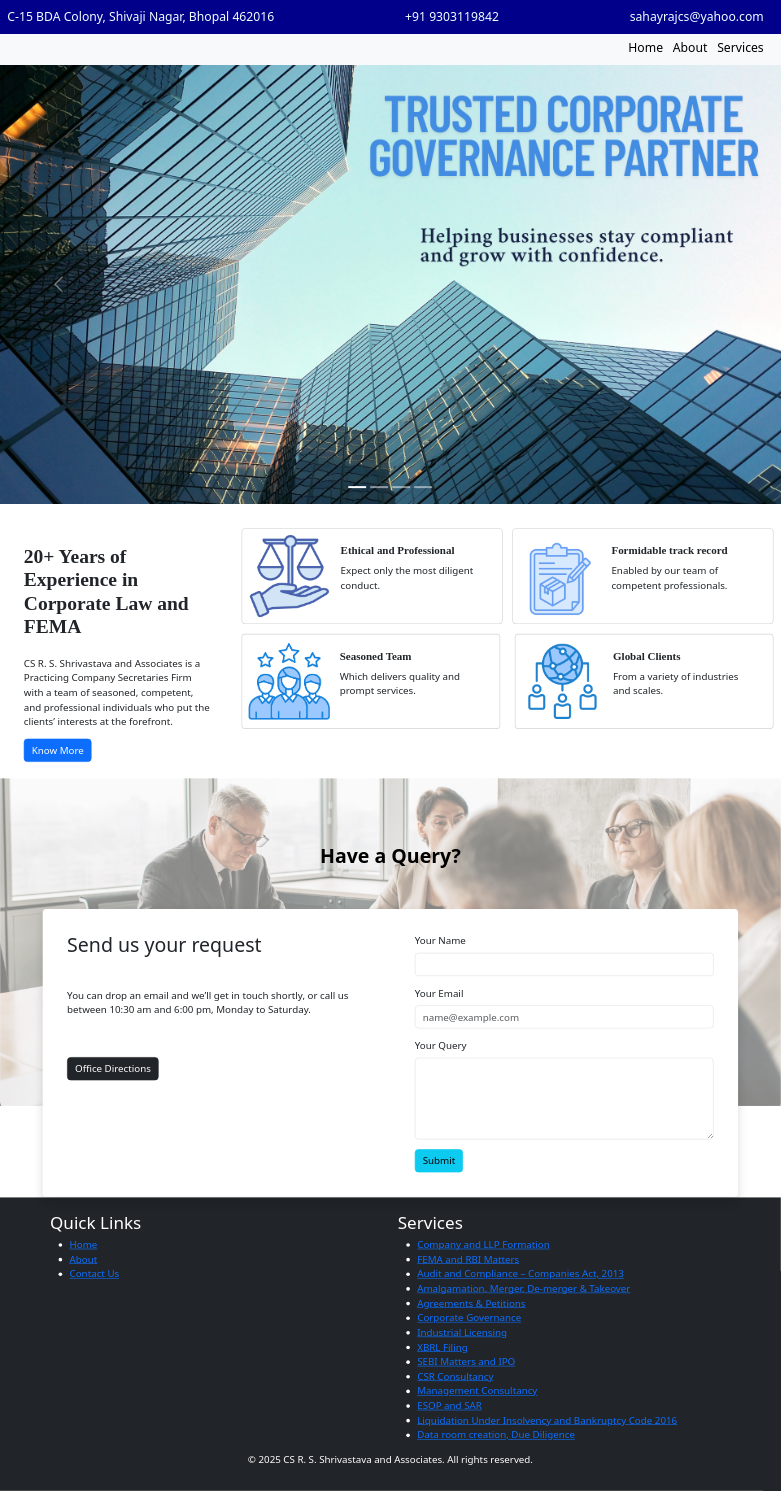
Repository: aayushiss/CS-RSS
Page: index.html
These files come from the project's save history. The page is drawn as it stood at one moment and after the next save; the edit follows.
The browser window is 1280 px wide. The pictures show the whole page, at 61% of full size.

Above is the page before, as saved 2025-05-15 20:24:29.

### index.html
<!DOCTYPE html>
<html lang="en">

<head>
  <meta charset="UTF-8">
  <meta name="viewport" content="width=device-width, initial-scale=1.0">
  <title>R. S. Shrivastava</title>
  <link href="https://cdn.jsdelivr.net/npm/bootstrap@5.3.3/dist/css/bootstrap.min.css" rel="stylesheet"
    integrity="sha384-QWTKZyjpPEjISv5WaRU9OFeRpok6YctnYmDr5pNlyT2bRjXh0JMhjY6hW+ALEwIH" crossorigin="anonymous">
  <link rel="stylesheet" type="text/css" href="style.css">
</head>

<body>
  <nav class="navbar fixed-top custom-navbar">
    <div class="container-fluid d-flex justify-content-between">
      <a class="navbar-brand"
        href="https://www.google.com/maps/place/R+S+SHRIVASTAVA+%26+ASSOCIATES/@23.2288499,77.4244091,17z/data=!3m1!4b1!4m6!3m5!1s0x397c425fada83073:0xcb1e8ba90a487f4e!8m2!3d23.228845!4d77.426984!16s%2Fg%2F1td0r8v9?entry=ttu&g_ep=EgoyMDI1MDUxMi4wIKXMDSoASAFQAw%3D%3D"
        target="_blank">C-15 BDA Colony, Shivaji Nagar, Bhopal 462016</a>
      <a class="navbar-brand" href="" tel:+919303119842"">+91 9303119842</a>
      <a class="navbar-brand" href="mailto:sahayrajcs@yahoo.com">sahayrajcs@yahoo.com</a>
    </div>
  </nav>
  <div class="navbar-space"></div>

  <nav class="navbar sticky-top second-navbar bg-light">
    <div class="container-fluid d-flex justify-content-end">
      <a class="navbar-brand" href="index.html">Home</a>
      <a class="navbar-brand" href="about.html">About</a>
      <a class="navbar-brand" href="#">Services</a>
    </div>
  </nav>

  <div id="carouselExampleCaptions" class="carousel slide">
    <div class="carousel-indicators">
      <button type="button" data-bs-target="#carouselExampleCaptions" data-bs-slide-to="0" class="active"
        aria-current="true" aria-label="Slide 1"></button>
      <button type="button" data-bs-target="#carouselExampleCaptions" data-bs-slide-to="1"
        aria-label="Slide 2"></button>
      <button type="button" data-bs-target="#carouselExampleCaptions" data-bs-slide-to="2"
        aria-label="Slide 3"></button>
      <button type="button" data-bs-target="#carouselExampleCaptions" data-bs-slide-to="3"
        aria-label="Slide 4"></button>
    </div>
    <div class="carousel-inner">
      <div class="carousel-item active">
        <img src="images/Trusted corporate governance partner.png" class="d-block w-100" alt="...">
        <div class="carousel-caption d-none d-md-block">
          <!-- <h5>First slide label</h5>
              <p>Some representative placeholder content for the first slide.</p> -->
        </div>
      </div>
      <div class="carousel-item">
        <img src="images/LegalConsultancy.png" class="d-block w-100" alt="...">
      </div>
      <div class="carousel-item">
        <img src="images/companyIncorporation.png" class="d-block w-100" alt="...">
      </div>
      <div class="carousel-item">
        <img src="images/annualFilingReturn.png" class="d-block w-100" alt="...">
      </div>
    </div>
    <button class="carousel-control-prev" type="button" data-bs-target="#carouselExampleCaptions" data-bs-slide="prev">
      <span class="carousel-control-prev-icon" aria-hidden="true"></span>
      <span class="visually-hidden">Previous</span>
    </button>
    <button class="carousel-control-next" type="button" data-bs-target="#carouselExampleCaptions" data-bs-slide="next">
      <span class="carousel-control-next-icon" aria-hidden="true"></span>
      <span class="visually-hidden">Next</span>
    </button>
  </div>
  <div class="container-fluid" style="margin-top: 40px;">

    <div class="row">
      <div class="col-auto" style="width: 30vw;">
        <div class="card" style="border-color: white;">
          <div class="card-body">
            <h5 class="card-title">20+ Years of
              Experience in Corporate Law and FEMA</h5>
            <p class="card-text" style="padding-top: 20px">CS R. S. Shrivastava and Associates is a Practicing Company
              Secretaries Firm with a team of seasoned, competent, and professional individuals who put the clients’
              interests at the forefront.</p>
            <a href="about.html" class="btn btn-primary">Know More</a>
          </div>
        </div>
      </div>
      <div class="col">
        <div class="row row-cols-2 g-3">
          <div class="col">
            <div class="card mb-3">
              <div class="row g-0">
                <div class="col-md-4">
                  <img src="images/8629542.png" class="img-fluid rounded-start" alt="...">
                </div>
                <div class="col-md-8">
                  <div class="card-body">
                    <h5 class="card-title">Ethical and Professional</h5>
                    <p class="card-text">Expect only the most diligent conduct.</p>
                  </div>
                </div>
              </div>
            </div>
          </div>
          <div class="col">
            <div class="card mb-3">
              <div class="row g-0">
                <div class="col-md-4">
                  <img src="images/16919209.png" class="img-fluid rounded-start" alt="...">
                </div>
                <div class="col-md-8">
                  <div class="card-body">
                    <h5 class="card-title">Formidable track record</h5>
                    <p class="card-text">Enabled by our team of competent professionals.</p>
                  </div>
                </div>
              </div>
            </div>
          </div>
        </div>
        <div class="row">
          <div class="col">
            <div class="card mb-3">
              <div class="row g-0">
                <div class="col-md-4">
                  <img src="images/images.png" class="img-fluid rounded-start" alt="...">
                </div>
                <div class="col-md-8">
                  <div class="card-body">
                    <h5 class="card-title">Seasoned Team
                    </h5>
                    <p class="card-text">Which delivers quality and prompt services.</p>
                  </div>
                </div>
              </div>
            </div>
          </div>
          <div class="col">
            <div class="card mb-3">
              <div class="row g-0">
                <div class="col-md-4">
                  <img src="images/11743537.png" class="img-fluid rounded-start" alt="...">
                </div>
                <div class="col-md-8">
                  <div class="card-body">
                    <h5 class="card-title">Global Clients
                    </h5>
                    <p class="card-text">From a variety of industries and scales.</p>
                  </div>
                </div>
              </div>
            </div>
          </div>
        </div>
      </div>
    </div>
  </div>

  <div class="position-relative" style="margin-bottom: 150px;">
    <img src="images/haveAQuery.jpg" class="img-fluid" alt="..." style="opacity: .5;">
    <h2 class="position-absolute start-50 translate-middle-x text-black fw-bold" style="top: 20%;">
      Have a Query?
    </h2>

    <div class="container-md position-absolute start-50 translate-middle-x" style="top: 40%;" id="contact-section">
      <div class="row bg-white rounded shadow">
        <div class="col" style="padding: 40px;">
          <h2>Send us your request</h2>
          <p style="margin-top: 50px;">
            You can drop an email and we’ll get in touch shortly, or call us between 10:30 am and 6:00 pm, Monday to
            Saturday.
          </p>
          <div class="btn btn-dark" style="margin-top: 50px;">
            <a href="https://www.google.com/maps/place/R+S+SHRIVASTAVA+%26+ASSOCIATES/@23.2288499,77.4244091,17z/data=!3m1!4b1!4m6!3m5!1s0x397c425fada83073:0xcb1e8ba90a487f4e!8m2!3d23.228845!4d77.426984!16s%2Fg%2F1td0r8v9?entry=ttu&g_ep=EgoyMDI1MDUxMi4wIKXMDSoASAFQAw%3D%3D"
              style="color: white; text-decoration: none; padding-top: 20px;" target="_blank">Office Directions</a>
          </div>
        </div>
        <div class="col" style="padding: 40px;">
          <div class="mb-3">
            <label for="formControlInput1" class="form-label">Your Name</label>
            <input class="form-control" id="ƒormControlInput1">
          </div>
          <div class="mb-3">
            <label for="formControlTextarea1" class="form-label">Your Email</label>
            <input type="email" class="form-control" id="formControlInput1" placeholder="name@example.com">
          </div>
          <div class="mb-3">
            <label for="formControlTextarea2" class="form-label">Your Query</label>
            <textarea class="form-control" id="exampleFormControlTextarea1" rows="5"></textarea>
          </div>
          <div class="btn btn-info">Submit</div>

        </div>
      </div>
    </div>
  </div>
  </div>
  <footer class="bg-dark text-white py-4 mt-5">
    <div class="container">
      <div class="row">
        <div class="col">
          <h3>Quick Links</h3>
          <ul>
            <li><a href="index.html">Home</a></li>
            <li><a href="about.html">About</a></li>
            <li><a href="#contact-section">Contact Us</a></li>
          </ul>
        </div>
        <div class="col">
          <h3>Services</h3>
          <ul>
            <li><a href="index.html">Company and LLP Formation</a></li>
            <li><a href="about.html">FEMA and RBI Matters</a></li>
            <li><a href="#contact-section">Audit and Compliance – Companies Act, 2013</a></li>
            <li><a href="hncjsd">Amalgamation, Merger, De-merger & Takeover</a></li>
            <li><a href="hncjsd">Agreements & Petitions</a></li>
            <li><a href="hncjsd">Corporate Governance</a></li>
            <li><a href="hncjsd">Industrial Licensing</a></li>
            <div class="col">
              <li><a href="hncjsd">XBRL Filing</a></li>
              <li><a href="hncjsd">SEBI Matters and IPO</a></li>
              <li><a href="hncjsd">CSR Consultancy</a></li>
              <li><a href="hncjsd">Management Consultancy</a></li>
              <li><a href="hncjsd">ESOP and SAR</a></li>
              <li><a href="hncjsd">Liquidation Under
                Insolvency and Bankruptcy Code 2016</a></li>
              <li><a href="hncjsd">Data room creation, Due Diligence</a></li>
            </div>


          </ul>
        </div>
      </div>

    </div>
    <p class="text-center">&copy; 2025 CS R. S. Shrivastava and Associates. All rights reserved.</p>
  </footer>

  <script src="https://cdn.jsdelivr.net/npm/bootstrap@5.3.3/dist/js/bootstrap.bundle.min.js"
    integrity="sha384-YvpcrYf0tY3lHB60NNkmXc5s9fDVZLESaAA55NDzOxhy9GkcIdslK1eN7N6jIeHz"
    crossorigin="anonymous"></script>
</body>

</html>

### style.css
.custom-navbar {
    background-color: darkblue;
}

.custom-navbar .navbar-brand {
    color: azure;
}

.navbar-space {
    margin-top: 50px;
}

.second-navbar .navbar-brand{
    color: black;
}

.custom-card{
    height: 25vh;
}

.custom-card .card-img{
    height: 100%;
    object-fit: cover;
}

.container-fluid .card{
    padding: 10px;
}
.container-fluid .card-title{
font-family: 'Times New Roman', Times, serif;
font-weight: bold;
font-size: xx-large;
}

.container-fluid .col-md-8 .card-title{
font-family: 'Times New Roman', Times, serif;
font-size: large;
}

After the next save:
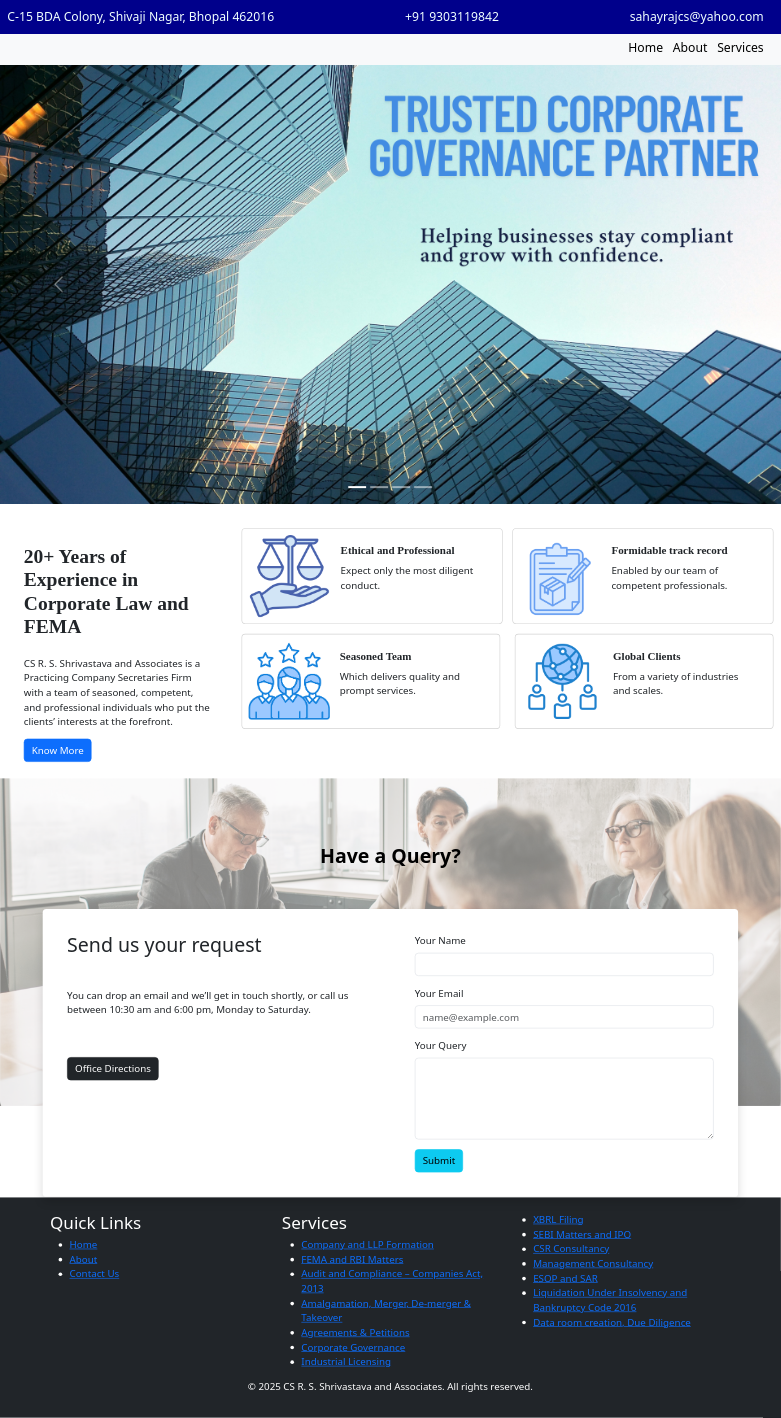
Saved 78 s later.
--- a/index.html
+++ b/index.html
@@ -214,18 +214,18 @@
             <li><a href="hncjsd">Agreements & Petitions</a></li>
             <li><a href="hncjsd">Corporate Governance</a></li>
             <li><a href="hncjsd">Industrial Licensing</a></li>
-            <div class="col">
-              <li><a href="hncjsd">XBRL Filing</a></li>
-              <li><a href="hncjsd">SEBI Matters and IPO</a></li>
-              <li><a href="hncjsd">CSR Consultancy</a></li>
-              <li><a href="hncjsd">Management Consultancy</a></li>
-              <li><a href="hncjsd">ESOP and SAR</a></li>
-              <li><a href="hncjsd">Liquidation Under
-                Insolvency and Bankruptcy Code 2016</a></li>
-              <li><a href="hncjsd">Data room creation, Due Diligence</a></li>
-            </div>
-
-
+          </ul>
+        </div>
+        <div class="col">
+          <ul>
+            <li><a href="hncjsd">XBRL Filing</a></li>
+            <li><a href="hncjsd">SEBI Matters and IPO</a></li>
+            <li><a href="hncjsd">CSR Consultancy</a></li>
+            <li><a href="hncjsd">Management Consultancy</a></li>
+            <li><a href="hncjsd">ESOP and SAR</a></li>
+            <li><a href="hncjsd">Liquidation Under
+              Insolvency and Bankruptcy Code 2016</a></li>
+            <li><a href="hncjsd">Data room creation, Due Diligence</a></li>
           </ul>
         </div>
       </div>
